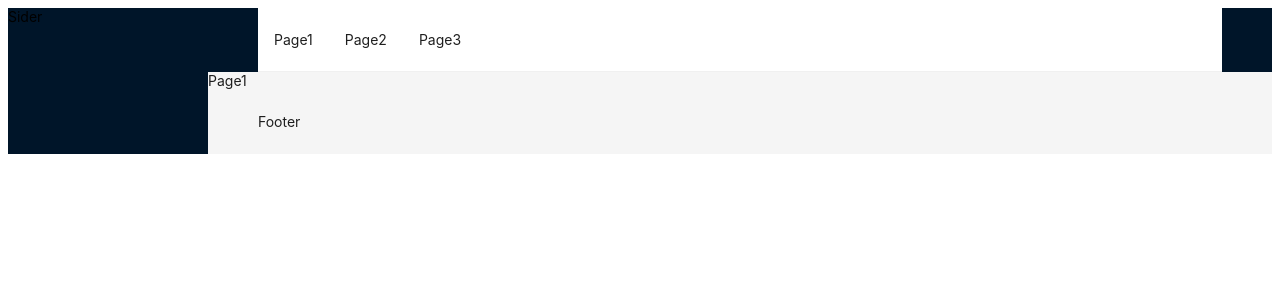
Repository: BESTETURKMEN/e-commerce
Page: /
The author's editor kept a copy of each file at every save. The page is drawn from the files as they stood at one save, then again after the next save.
The browser window is 1280 px wide. The pictures show the whole page.
The project was rebuilt for these pictures with package versions that can differ from the ones it lists, and the page was loaded fresh each time. Also part of the build but not shown: webpack.config.js, src/pages/page2.jsx, src/pages/page3.jsx.

Above is the page before, as saved 2023-08-21 10:01:06.

### public/index.html
<!DOCTYPE html>
<html lang="en">
  <head>
    <meta charset="utf-8" />

    <meta name="viewport" content="width=device-width, initial-scale=1" />
    <meta name="theme-color" content="#000000" />
    <meta
      name="description"
      content="Web site created using create-react-app"
    />
    <link rel="apple-touch-icn" href="" />

    <title>React App</title>
  </head>
  <body>
    <noscript>You need to enable JavaScript to run this app.</noscript>
    <div id="root"></div>
  </body>
</html>

### src/index.js
import React from "react";
import ReactDOM from "react-dom/client";

import { HashRouter } from "react-router-dom";

import reportWebVitals from "./reportWebVitals";
import RouteWrapper from "./config/routeWrapper";

const root = ReactDOM.createRoot(document.getElementById("root"));
root.render(
  <React.StrictMode>
    <HashRouter>
      <RouteWrapper />
    </HashRouter>
  </React.StrictMode>
);

// If you want to start measuring performance in your app, pass a function
// to log results (for example: reportWebVitals(console.log))
// or send to an analytics endpoint. Learn more: https://bit.ly/CRA-vitals
reportWebVitals();

### src/config/routeWrapper.jsx
import React from "react";
import { Route, Routes } from "react-router";

import Index from "../layout";
import Page1 from "../pages/page1";
import Page2 from "../pages/page2";
import Page3 from "../pages/page3";

export default function RouteWrapper() {
  return (
    <div>
      <Routes>
        <Route element={<Index />}>
          <Route path="/" element={<Page1 />} />
          <Route path="/Page2" element={<Page2 />} />
          <Route path="/Page3" element={<Page3 />} />
        </Route>
      </Routes>
    </div>
  );
}

### src/layout/index.jsx
import React from "react";
import { Outlet } from "react-router";
import { Layout } from "antd";

import Footer from "./footer";
import Header from "./header";

import "./layout.scss";
import Sider from "./sider";

export default function Index() {
  return (
    <div className="layout">
      <Layout>
        <Layout.Sider>
          <Sider />
        </Layout.Sider>
        <Layout>
          <Layout.Header>
            <Header />
          </Layout.Header>
          <Layout.Content className="content">
            <Outlet />
          </Layout.Content>
          <Layout.Footer>
            <Footer />
          </Layout.Footer>
        </Layout>
      </Layout>
    </div>
  );
}

### src/pages/page1.jsx
import React from "react";

export default function Page1() {
  return <div>Page1</div>;
}

### src/layout/header.jsx
import { Menu } from "antd";
import React from "react";
import { Link } from "react-router-dom";
import "./layout.scss";

export default function Header() {
  const menu = [
    {
      key: "1",
      label: "Page1",
      path: "/",
    },
    {
      key: "2",
      label: "Page2",
      path: "/Page2",
    },
    {
      key: "3",
      label: "Page3",
      path: "/Page3",
    },
  ];
  return (
    <div>
      <div className="menuLine">
        <Menu mode="horizontal">
          {menu.map((item) => (
            <Menu.Item key={item.key}>
              <Link to={item.path}>{item.label}</Link>
            </Menu.Item>
          ))}
        </Menu>
      </div>
    </div>
  );
}

### src/layout/layout.scss
.layout {
  .ant-layout {
    height: 100%;
  }
}

### src/layout/sider.jsx
import React from "react";

export default function Sider() {
  return <div>Sider</div>;
}

Loaded but not shown: src/reportWebVitals.js (common file); src/layout/footer.jsx (common file)

After the next save:
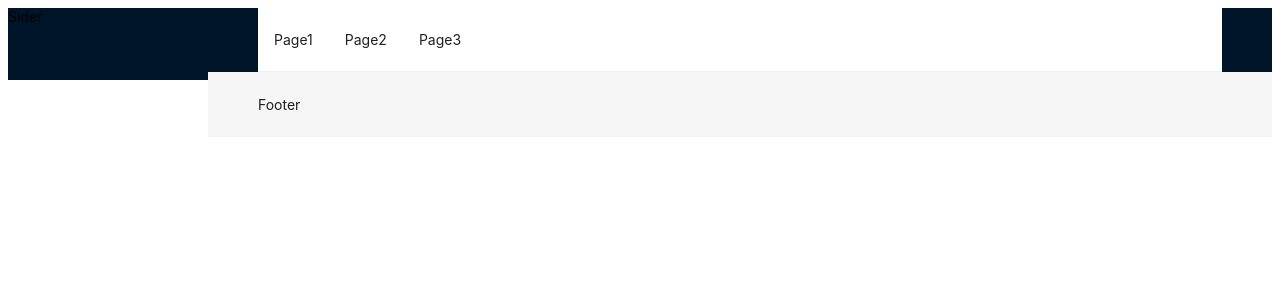
Saved 11 s later.
--- a/src/layout/layout.scss
+++ b/src/layout/layout.scss
@@ -1,5 +1,5 @@
 .layout {
   .ant-layout {
-    height: 100%;
+    height: 10vh;
   }
 }
